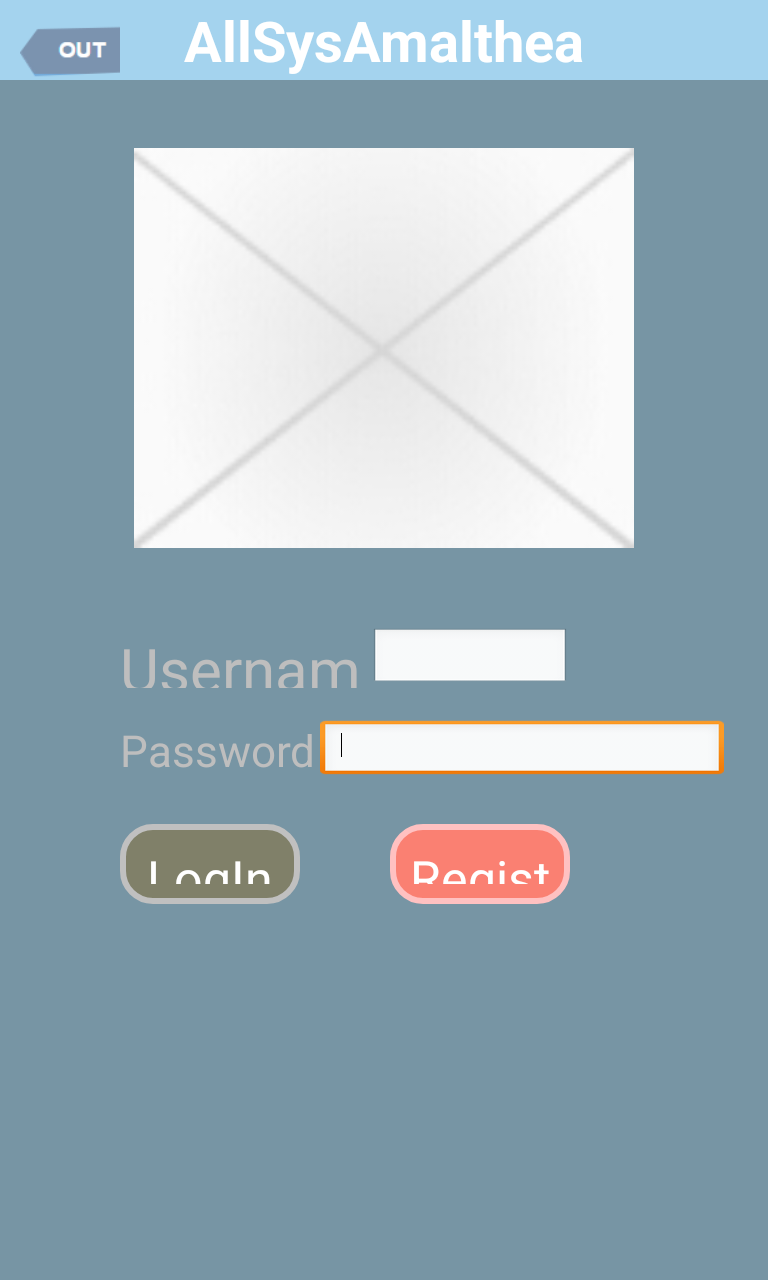
Repository: AllSysAmalthea/AllSys
Layout: APP/AppUI code/代码/Allsys/res/layout/activity_log_in.xml
These files come from the project's save history. The layout is drawn as it stood at one moment and after the next save; the edit follows.
It is drawn on a 768 x 1280 px phone screen (xhdpi) without system bars, with theme android:Theme.NoTitleBar; the app's code is not run.

Above is the layout before, as saved 2015-06-08 02:34:51.

### APP/AppUI code/代码/Allsys/res/layout/activity_log_in.xml
<RelativeLayout xmlns:android="http://schemas.android.com/apk/res/android"
    xmlns:tools="http://schemas.android.com/tools"
    android:layout_width="match_parent"
    android:layout_height="wrap_content"
    android:layout_gravity="center_horizontal"
    android:background="@drawable/back"
    android:gravity="top"
    tools:context=".LogInActivity" >

    <AbsoluteLayout
        android:id="@+id/linearLayout1"
        android:layout_width="fill_parent"
        android:layout_height="wrap_content"
        android:orientation="horizontal" >

        <TextView
            android:id="@+id/header_text"
            android:layout_width="fill_parent"
            android:layout_height="80px"
            android:layout_x="0px"
        	android:layout_y="0px"
            android:gravity="center"
            android:singleLine="true"
            android:text="AllSysAmalthea"
            android:background="#A4D3EE"
            android:textColor="#ffffff"
            android:textSize="28sp"
            android:textStyle="bold" />

        <ImageButton
            android:id="@+id/header_left_btn"
            android:layout_width="100px"
            android:layout_height="80px"
            android:layout_x="10dp"
            android:layout_y="4dp"
            android:background="@drawable/pic1" />

    </AbsoluteLayout>

    <TextView
        android:id="@+id/textView1"
        android:layout_width="250px"
        android:layout_height="60px"
        android:layout_alignParentLeft="true"
        android:layout_below="@+id/myImageView1"
        android:layout_marginLeft="60dp"
        android:layout_marginTop="40dp"
        android:text="Username"
        android:textSize="30sp" />

    <EditText
        android:id="@+id/Username"
        android:layout_width="200px"
        android:layout_height="60px"
        android:layout_above="@+id/textView2"
        android:layout_toRightOf="@+id/textView1"
        android:ems="10"
        android:inputType="textPersonName"
        android:textSize="22sp" />

    <TextView
        android:id="@+id/textView2"
        android:layout_width="200px"
        android:layout_height="60px"
        android:layout_alignLeft="@+id/textView1"
        android:layout_below="@+id/textView1"
        android:layout_marginTop="16dp"
        android:text="Password"
        android:textSize="22sp" />

    <EditText
        android:id="@+id/Password"
        android:layout_width="200px"
        android:layout_height="60px"
        android:layout_alignParentRight="true"
        android:layout_alignTop="@+id/textView2"
        android:layout_marginRight="22dp"
        android:layout_toRightOf="@+id/textView2"
        android:ems="10"
        android:inputType="textPassword"
        android:textSize="22sp" >

        <requestFocus />
    </EditText>

    <Button
        android:id="@+id/Login"
        android:layout_width="180px"
        android:layout_height="80px"
        android:layout_alignLeft="@+id/textView2"
        android:layout_below="@+id/textView2"
        android:layout_marginTop="22dp"
        android:background="@drawable/shape"
        android:text="LogIn"
        android:textColor="#ffffff"
        android:textSize="25sp" />

    <Button
        android:id="@+id/Register"
        android:layout_width="180px"
        android:layout_height="80px"
        android:layout_alignBaseline="@+id/Login"
        android:layout_alignBottom="@+id/Login"
        android:layout_alignRight="@+id/Username"
        android:background="@drawable/shape2"
        android:text="Register"
        android:textColor="#ffffff"
        android:textSize="25sp" />

    <ImageView
        android:id="@+id/myImageView1"
        android:layout_width="500px"
        android:layout_height="400px"
        android:layout_below="@+id/linearLayout1"
        android:layout_centerHorizontal="true"
        android:layout_marginTop="30dp"
        android:background="@drawable/news" />

</RelativeLayout>

### APP/AppUI code/代码/Allsys/res/drawable-mdpi/shape.xml
<?xml version="1.0" encoding="utf-8"?>
<shape xmlns:android="http://schemas.android.com/apk/res/android"
    android:shape="rectangle" >

    <!-- 填充的颜色：这里设置背景透明 -->
    <solid android:color="#808069" />
    <!-- 边框的颜色 ：不能和窗口背景色一样-->
    <stroke
        android:width="3dp"
        android:color="#C0C0C0" />
    <!-- 设置按钮的四个角为弧形 -->
    <!-- android:radius 弧形的半径 -->
    <corners android:radius="15dip" />

    <!-- padding：Button里面的文字与Button边界的间隔 -->
    <padding
        android:bottom="10dp"
        android:left="10dp"
        android:right="10dp"
        android:top="10dp" />

</shape>

### APP/AppUI code/代码/Allsys/res/drawable-mdpi/shape2.xml
<?xml version="1.0" encoding="utf-8"?>
<shape xmlns:android="http://schemas.android.com/apk/res/android"
    android:shape="rectangle" >

    <!-- 填充的颜色：这里设置背景透明 -->
    <solid android:color="#fa8072" />
    <!-- 边框的颜色 ：不能和窗口背景色一样-->
    <stroke
        android:width="3dp"
        android:color="#FFC1C1" />
    <!-- 设置按钮的四个角为弧形 -->
    <!-- android:radius 弧形的半径 -->
    <corners android:radius="15dip" />

    <!-- padding：Button里面的文字与Button边界的间隔 -->
    <padding
        android:bottom="10dp"
        android:left="10dp"
        android:right="10dp"
        android:top="10dp" />

</shape>

After the next save:
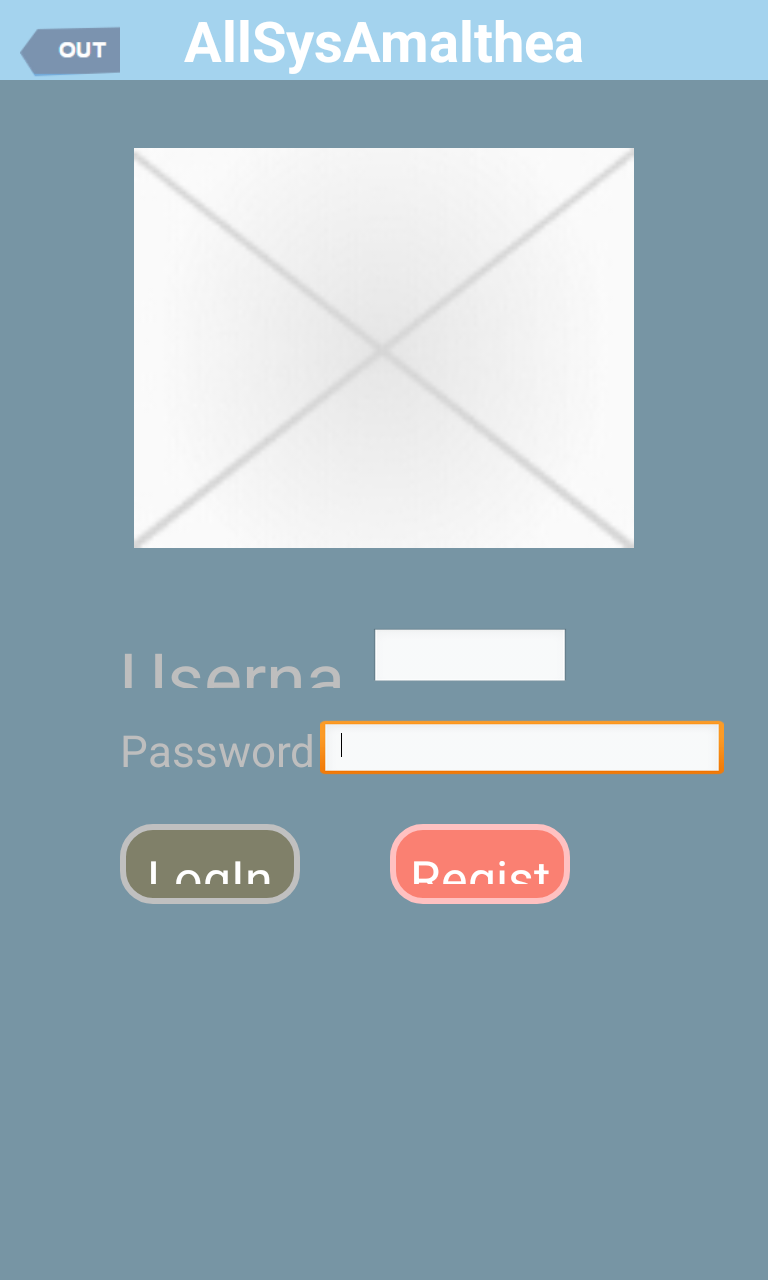
Saved 17 s later.
--- a/APP/AppUI code/代码/Allsys/res/layout/activity_log_in.xml
+++ b/APP/AppUI code/代码/Allsys/res/layout/activity_log_in.xml
@@ -46,7 +46,7 @@
         android:layout_marginLeft="60dp"
         android:layout_marginTop="40dp"
         android:text="Username"
-        android:textSize="30sp" />
+        android:textSize="36sp" />
 
     <EditText
         android:id="@+id/Username"
